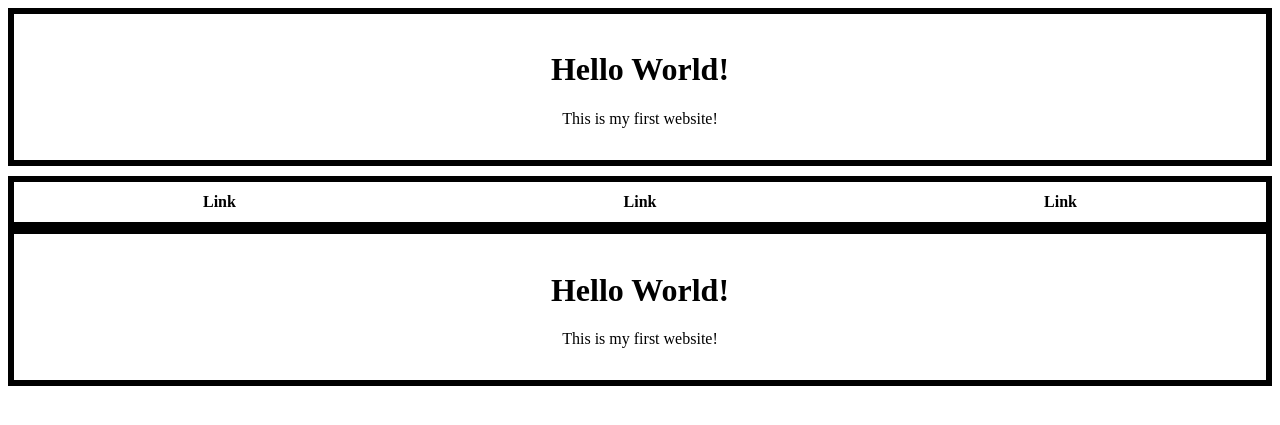
Repository: Brittany-Westlund/WebDesign
Page: Assignment1/index.html
An editor plug-in stored every save of this project. The page is shown before and after the next save, followed by the edit.
The browser window is 1280 px wide. The pictures show the whole page.

Above is the page before, as saved 2025-05-14 22:40:16.

After the next save:
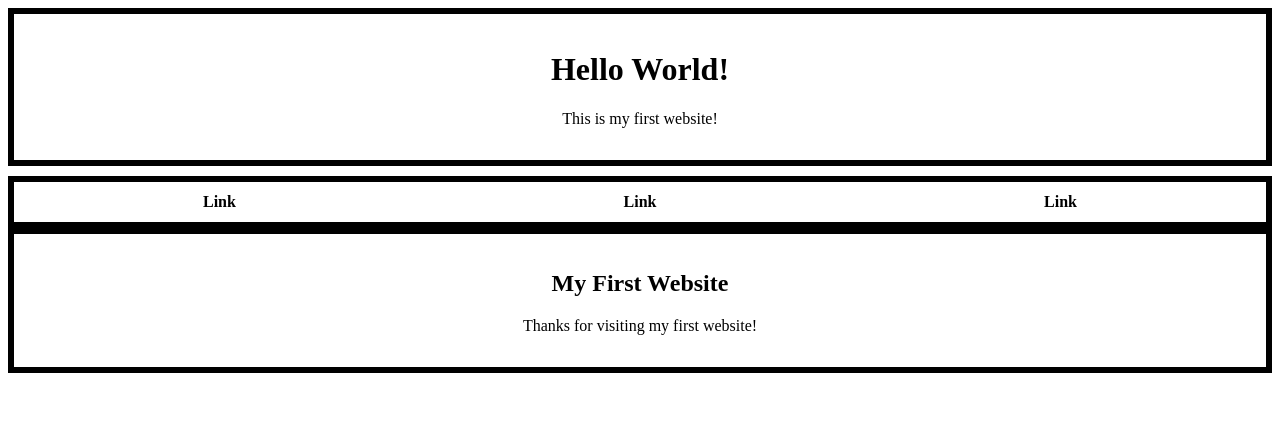
Saved 38 s later.
--- a/Assignment1/index.html
+++ b/Assignment1/index.html
@@ -56,8 +56,8 @@
 
         <!-- Content Section -->
         <div class="content">
-            <h1>Hello World!</h1>
-            <p>This is my first website!</p>
+            <h2>My First Website</h2>
+            <p>Thanks for visiting my first website!</p>
         </div>
 
     </body>
